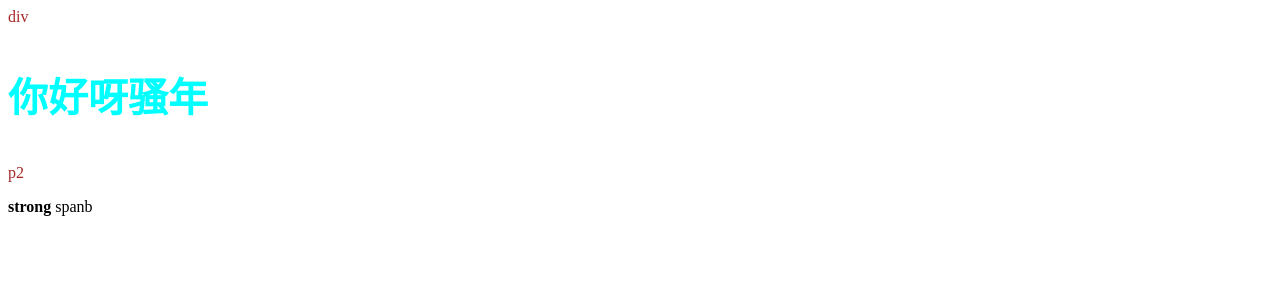
Repository: SharkPem/WebLearn
Page: demo/demo_css.html
The author's editor kept a copy of each file at every save. The page is drawn from the files as they stood at one save, then again after the next save.
The browser window is 1280 px wide. The pictures show the whole page.

Above is the page before, as saved 2022-03-25 11:17:03.

### demo/demo_css.html
<!DOCTYPE html>
<html lang="en">
<head>
    <meta charset="UTF-8">
    <meta http-equiv="X-UA-Compatible" content="IE=edge">
    <meta name="viewport" content="width=device-width, initial-scale=1.0">
    <title>Document</title>

    <!-- 外部模式模板-->
    <!-- <link type="text/css" rel="stylesheet" href="demo_css.css"/> -->
    <!-- 内部模式-->
    <style type="text/css">
        div,p{
            color: brown;
        }
        #lx{
            color: aqua;
            font-family: "楷体","微软雅黑";
            font-size: 40px;
            font-weight: bold;
        }
    </style>
</head>
<body>
    <div>div</div>
    <p id="lx">你好呀骚年</p>
    <p id="phy">p2</p>
    <strong>strong</strong>
    <span>spanb</span>

</body>
</html>

After the next save:
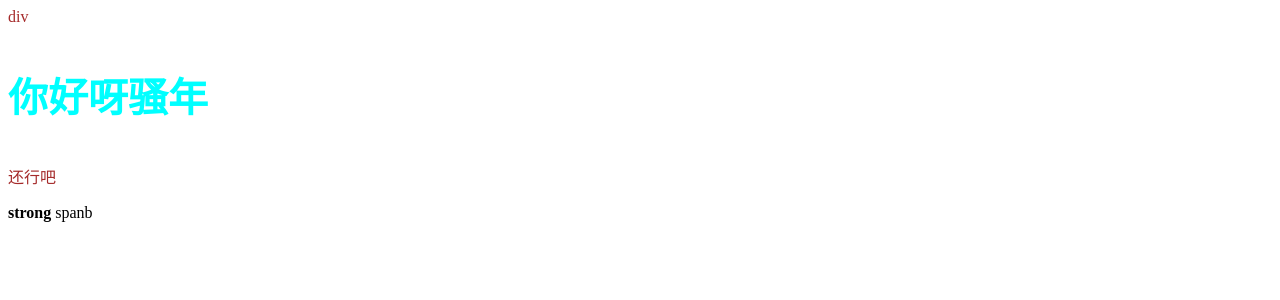
Saved 24 s later.
--- a/demo/demo_css.html
+++ b/demo/demo_css.html
@@ -24,7 +24,7 @@
 <body>
     <div>div</div>
     <p id="lx">你好呀骚年</p>
-    <p id="phy">p2</p>
+    <p id="phy">还行吧</p>
     <strong>strong</strong>
     <span>spanb</span>
 
